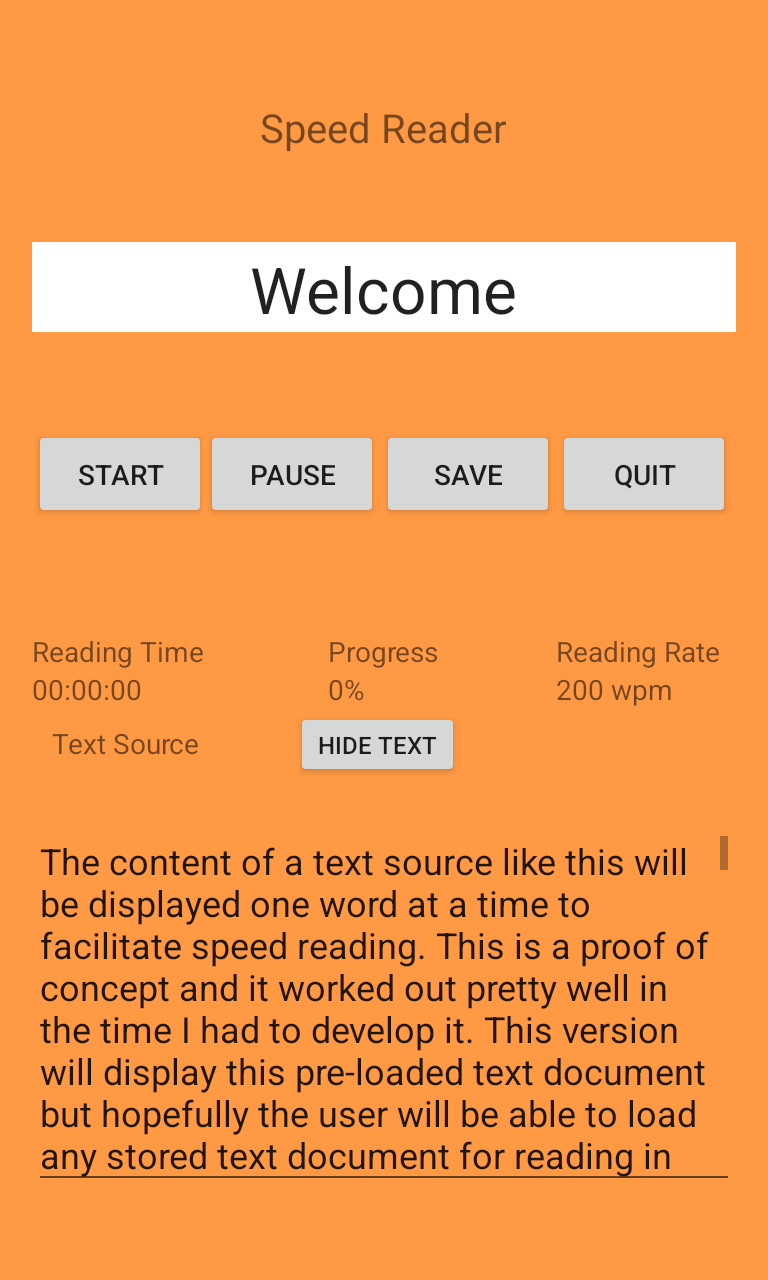
Repository: hdemby/workspace
Layout: rate version of newReader/res/layout/activity_main.xml
These files come from the project's save history. The layout is drawn as it stood at one moment and after the next save; the edit follows.
It is drawn on a 768 x 1280 px phone screen (xhdpi) without system bars, with theme AppTheme; the app's code is not run.

Above is the layout before, as saved 2014-12-08 01:27:16.

After the next save:
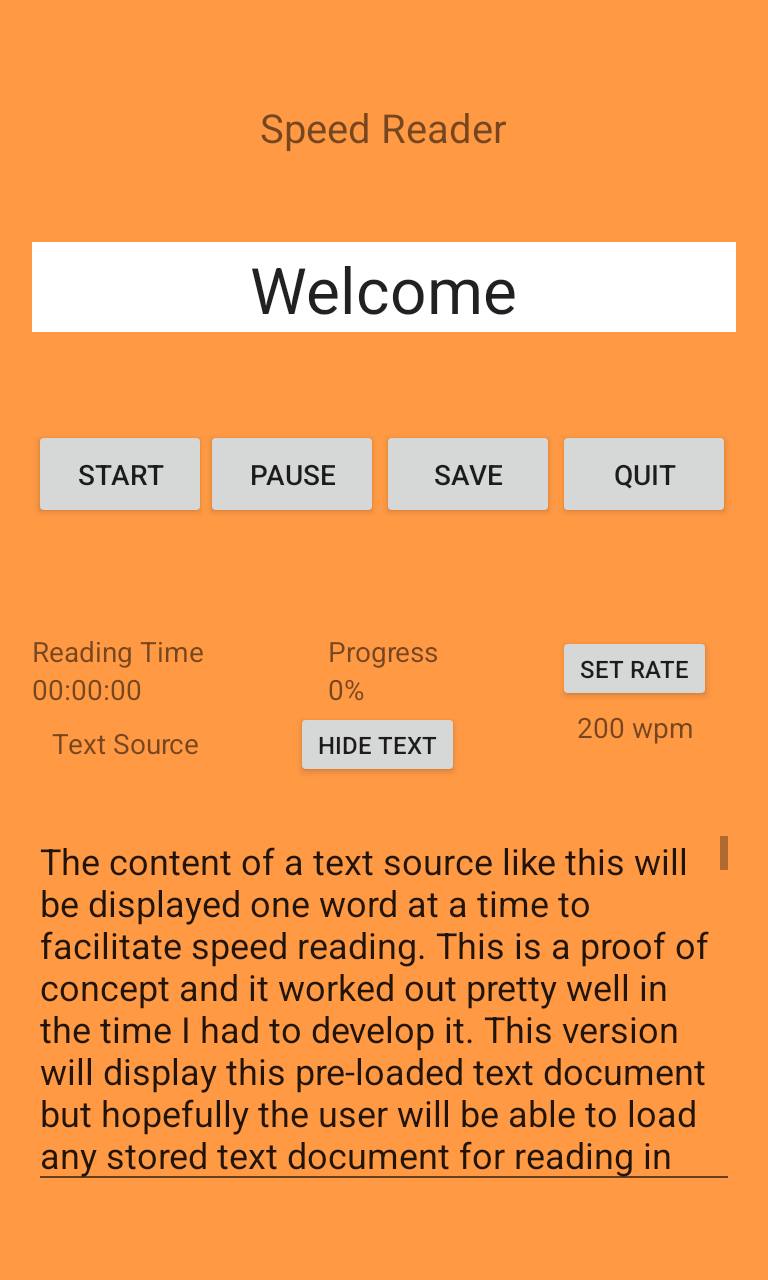
Saved 15 min 35 s later.
--- a/rate version of newReader/res/layout/activity_main.xml
+++ b/rate version of newReader/res/layout/activity_main.xml
@@ -35,15 +35,6 @@
         android:layout_alignBottom="@+id/textView4"
         android:layout_alignLeft="@+id/textView5"
         android:text="@string/show_progress" />
-
-    <TextView
-        android:id="@+id/textView8"
-        android:layout_width="wrap_content"
-        android:layout_height="wrap_content"
-        android:layout_alignBaseline="@+id/textView7"
-        android:layout_alignBottom="@+id/textView7"
-        android:layout_alignLeft="@+id/textView6"
-        android:text="@string/show_rate" />
 
     <TextView
         android:id="@+id/textView5"
@@ -158,15 +149,16 @@
             android:layout_marginLeft="10dp"
             android:text="@string/source_label" />
 
+        <TextView
+            android:id="@+id/editView2"
+            android:layout_width="wrap_content"
+            android:layout_height="wrap_content"
+            android:layout_alignParentRight="true"
+            android:layout_alignParentTop="true"
+            android:layout_marginRight="21dp"
+            android:text="@string/show_rate" />
+
     </RelativeLayout>
-
-    <TextView
-        android:id="@+id/textView6"
-        android:layout_width="wrap_content"
-        android:layout_height="wrap_content"
-        android:layout_above="@+id/textView8"
-        android:layout_toRightOf="@+id/button3"
-        android:text="@string/rate_label" />
 
     <View
         android:id="@+id/separator"
@@ -190,4 +182,15 @@
         android:textAppearance="?android:attr/textAppearanceLarge"
         android:textSize="32sp" />
 
+    <Button
+        android:id="@+id/button6"
+        style="?android:attr/buttonStyleSmall"
+        android:layout_width="wrap_content"
+        android:layout_height="wrap_content"
+        android:layout_alignTop="@+id/textView5"
+        android:layout_toRightOf="@+id/button3"
+        android:minHeight="30dp"
+        android:text="Set Rate"
+        android:textSize="12sp" />
+
 </RelativeLayout>
